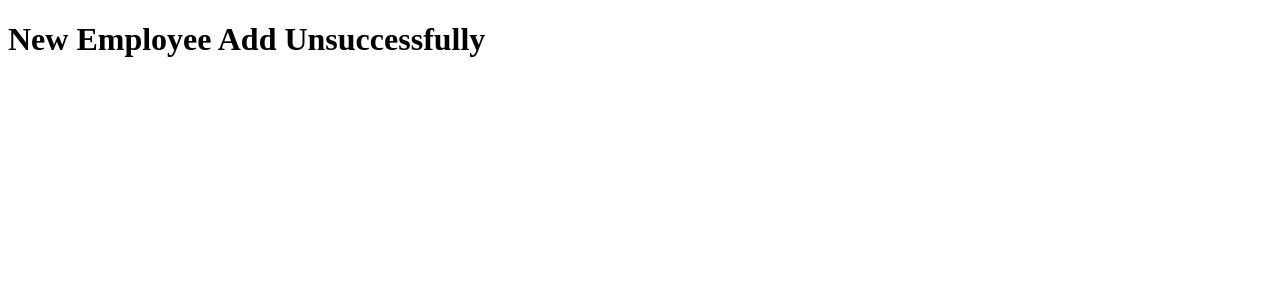
Repository: IT20643218/Employee-Management-System-OOP-Project-20-Y2S2
Page: http://localhost/EmployeeDemo/unsuccess.jsp
These files come from the project's save history. The page is drawn as it stood at one moment and after the next save; the edit follows.
The browser window is 1280 px wide. The pictures show the whole page.
The page is served by Tomcat 9. Nobody is signed in. The application's start-up code is not run.

Above is the page before, as saved 2021-09-28 09:32:52.

After the next save:
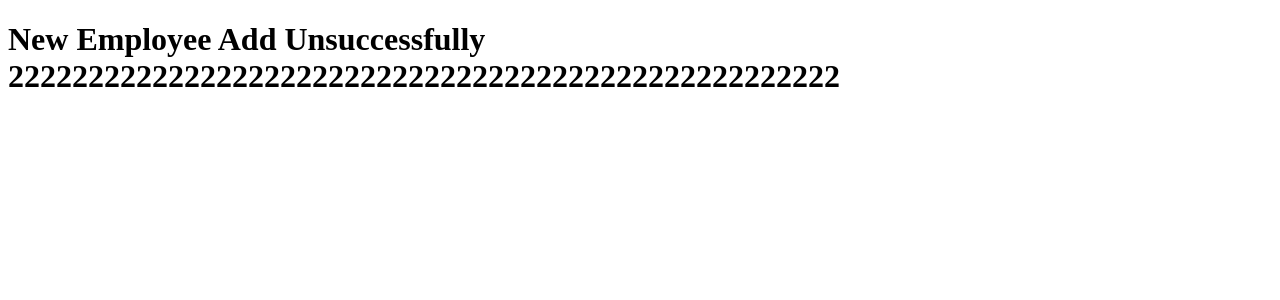
Saved 25 s later.
--- a/Java_Project/EmployeeDemo/src/main/webapp/unsuccess.jsp
+++ b/Java_Project/EmployeeDemo/src/main/webapp/unsuccess.jsp
@@ -7,7 +7,7 @@
 <title>Insert title here</title>
 </head>
 <body>
-		<h1>New Employee Add Unsuccessfully </h1>
+		<h1>New Employee Add Unsuccessfully 2222222222222222222222222222222222222222222222222222</h1>
 
 </body>
 </html>
